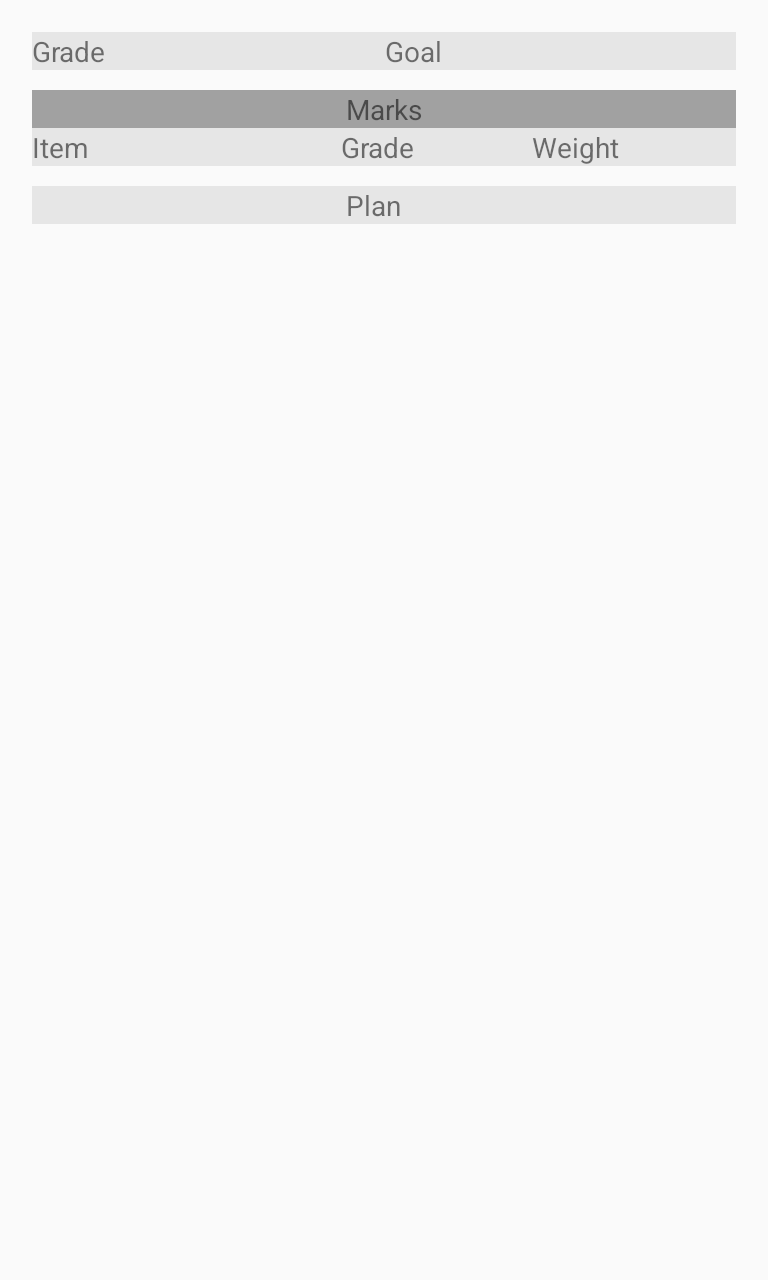
Repository: Tenergy05/GradePlanner
Layout: GradePlanner/res/layout/activity_view_course.xml
The author's editor kept a copy of each file at every save. The layout is drawn from the files as they stood at one save, then again after the next save.
It is drawn on a 768 x 1280 px phone screen (xhdpi) without system bars, with theme AppTheme; the app's code is not run.

Above is the layout before, as saved 2015-01-03 03:12:27.

After the next save:
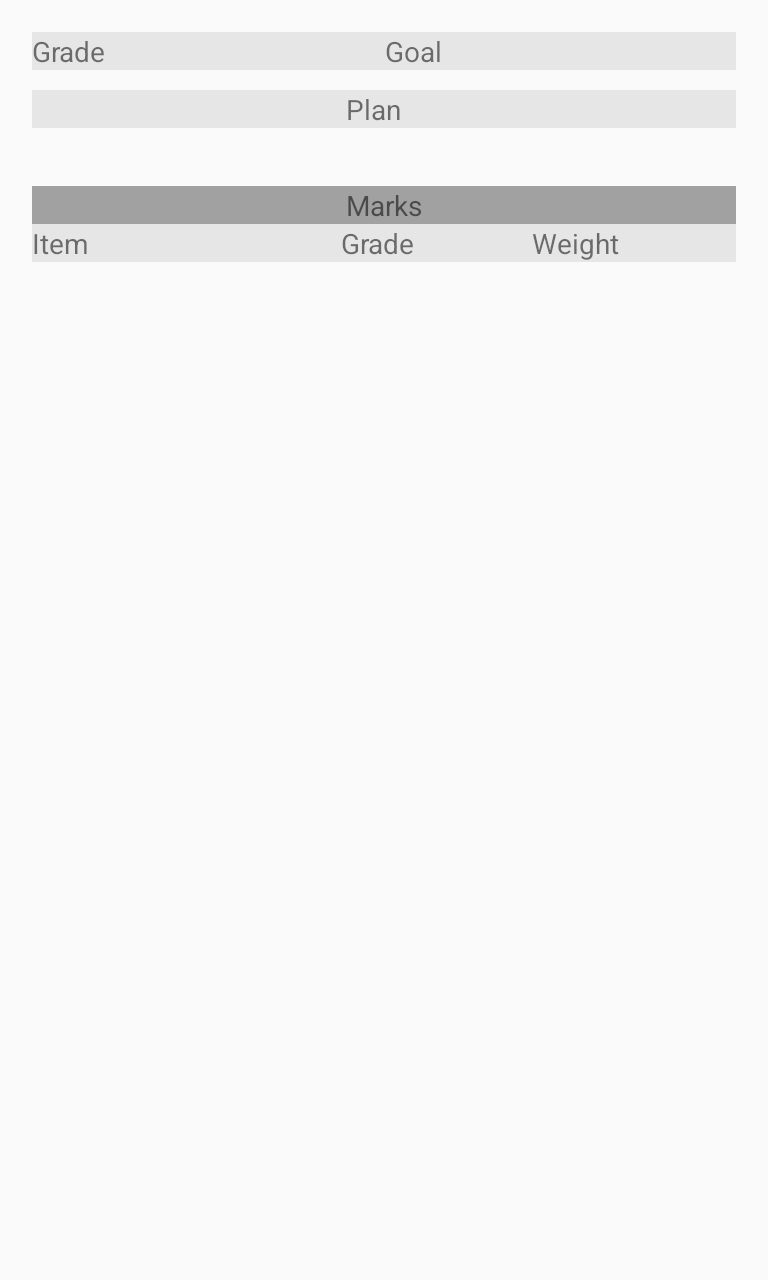
Saved 6 min 31 s later.
--- a/GradePlanner/res/layout/activity_view_course.xml
+++ b/GradePlanner/res/layout/activity_view_course.xml
@@ -23,6 +23,22 @@
             android:text="@string/goal"
             android:layout_weight="0.5"/>
     </TableRow>
+
+    <TableRow
+        android:layout_width="match_parent"
+        android:layout_height="wrap_content"
+        android:gravity="center"
+        android:layout_marginTop="10dp"
+        android:background="@color/grey">
+
+        <TextView
+            android:text="@string/plan"/>
+    </TableRow>
+
+    <TextView
+        android:id="@+id/planText"
+        android:layout_width="match_parent"
+        android:layout_height="wrap_content"/>
 
     <TableRow
         android:layout_width="match_parent"
@@ -53,20 +69,5 @@
             android:layout_weight="0.25"/>
     </TableRow>
 
-    <TableRow
-        android:layout_width="match_parent"
-        android:layout_height="wrap_content"
-        android:gravity="center"
-        android:layout_marginTop="10dp"
-        android:background="@color/grey">
-
-        <TextView
-            android:text="@string/plan"/>
-    </TableRow>
-
-    <TextView
-        android:id="@+id/planText"
-        android:layout_width="match_parent"
-        android:layout_height="wrap_content"/>
 
 </TableLayout>
